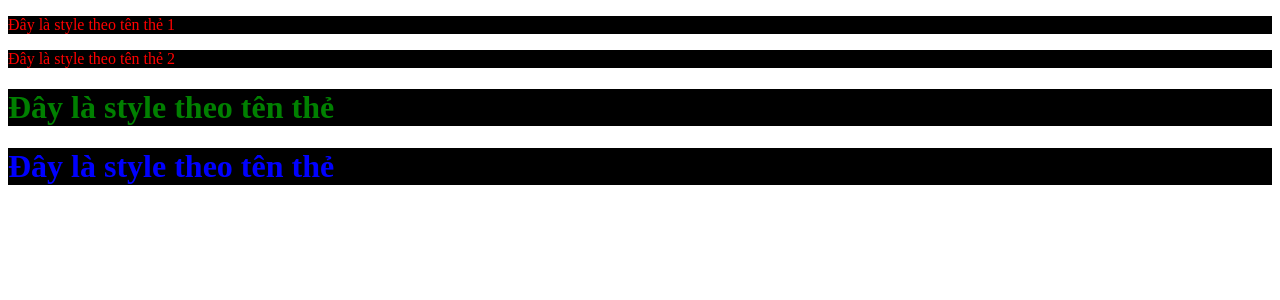
Repository: longNT0dev/C4E132
Page: SS3/index.html
The author's editor kept a copy of each file at every save. The page is drawn from the files as they stood at one save, then again after the next save.
The browser window is 1280 px wide. The pictures show the whole page.

Above is the page before, as saved 2022-09-28 21:18:04.

After the next save:
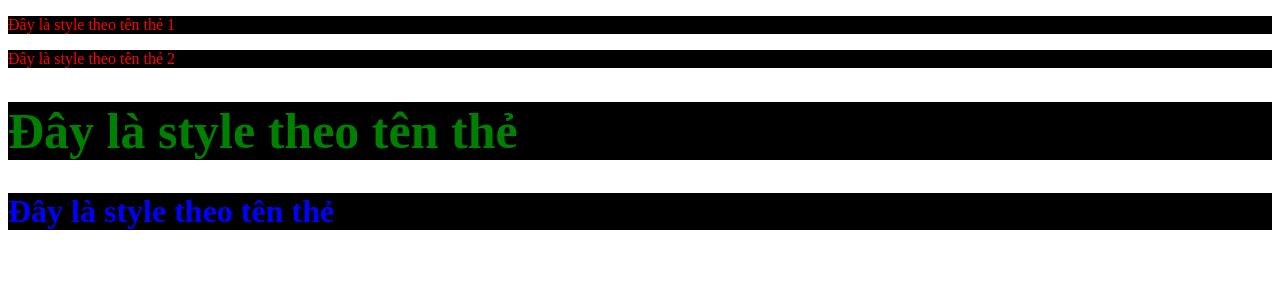
Saved 5 s later.
--- a/SS3/style.css
+++ b/SS3/style.css
@@ -13,7 +13,7 @@
 }
 
 .class-2 {
-    font-size: ;
+    font-size: 50px;
 }
 
 #id-1 {

After the 2 saves that followed:
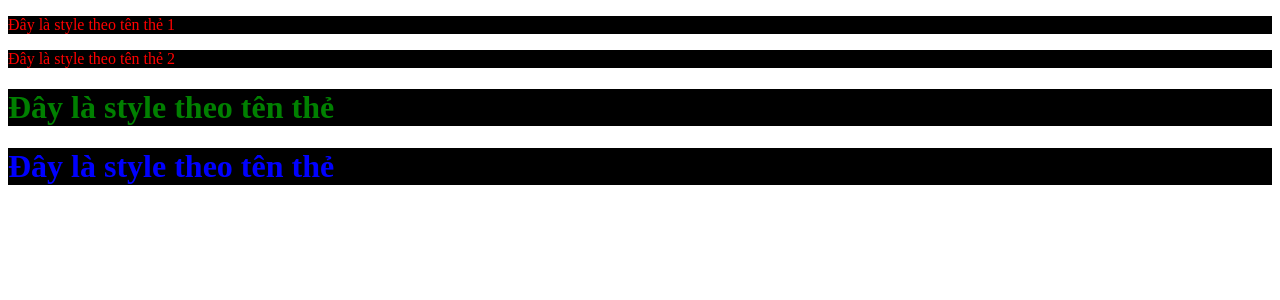
The 2 saves are shown as one change because they came seconds apart.
The last was saved 37 s later.
--- a/SS3/style.css
+++ b/SS3/style.css
@@ -12,7 +12,7 @@
     background-color: black;
 }
 
-.class-2 {
+.big- {
     font-size: 50px;
 }
 
